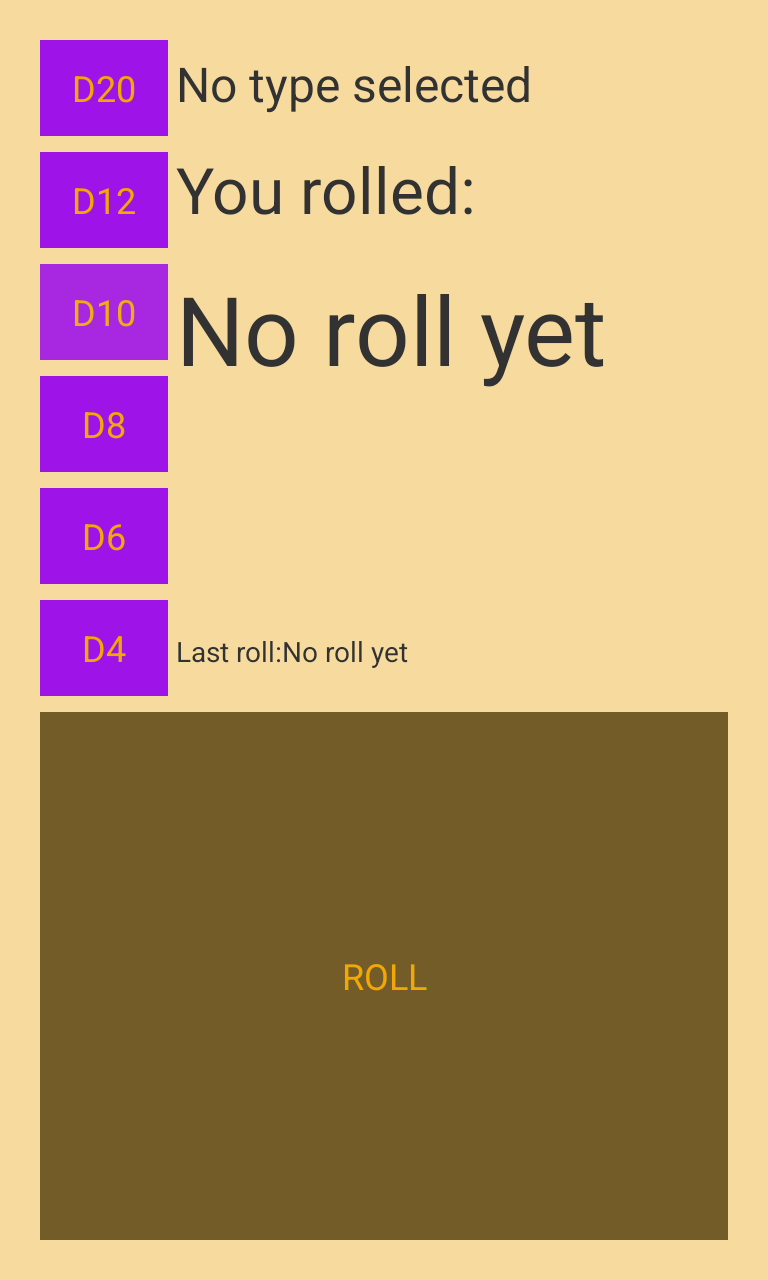
Repository: Bjodol/Roller
Layout: Roller3/res/layout/activity_main.xml
The author's editor kept a copy of each file at every save. The layout is drawn from the files as they stood at one save, then again after the next save.
It is drawn on a 768 x 1280 px phone screen (xhdpi) without system bars, with theme AppTheme; the app's code is not run. The app's manifest (not shown) leaves right-to-left support off. So textAlignment, textDirection and layoutDirection are ignored, and left and right values win over start and end ones.

Above is the layout before, as saved 2013-08-31 08:50:13.

### Roller3/res/layout/activity_main.xml
<RelativeLayout xmlns:android="http://schemas.android.com/apk/res/android"
    xmlns:tools="http://schemas.android.com/tools"
    android:layout_width="fill_parent"
    android:layout_height="fill_parent"
    android:background="@color/Beige"
    android:gravity="top"
    android:paddingBottom="@dimen/activity_vertical_margin"
    android:paddingLeft="@dimen/activity_horizontal_margin"
    android:paddingRight="@dimen/activity_horizontal_margin"
    android:paddingTop="@dimen/activity_vertical_margin"
    tools:context=".MainActivity" >

    <Button
        android:id="@+id/d12"
        android:layout_margin="4dp"
        android:background="@color/Purple"
        android:textColor="@color/Bronze"
        android:layout_width="wrap_content"
        android:layout_height="wrap_content"
        android:layout_below="@+id/d20"
        android:onClick="d12"
        android:text="@string/d12" />

    <TextView
        android:id="@+id/dice_type"
        android:layout_width="wrap_content"
        android:layout_height="wrap_content"
        android:layout_alignBaseline="@id/d20"
        android:layout_toRightOf="@id/d20"
        android:text="@string/noDiceType"
        android:textAlignment="center"
        android:textSize="24sp" />

    <TextView
        android:id="@+id/current_roll_text"
        android:layout_width="wrap_content"
        android:layout_height="wrap_content"
        android:layout_alignBaseline="@id/d12"
        android:layout_below="@id/dice_type"
        android:layout_toRightOf="@id/d12"
        android:text="@string/youRolled"
        android:textAlignment="center"
        android:textSize="32sp" />

    <TextView
        android:id="@+id/dice_throw"
        android:layout_width="wrap_content"
        android:layout_height="wrap_content"
        android:layout_alignBottom="@+id/d6"
        android:layout_alignTop="@+id/d10"
        android:layout_toRightOf="@id/d20"
        android:text="@string/noRolls"
        android:textAlignment="center"
        android:textSize="48sp" />

    <TextView
        android:id="@+id/last_roll_text"
        android:layout_width="wrap_content"
        android:layout_height="wrap_content"
        android:layout_alignBaseline="@+id/d4"
        android:layout_alignBottom="@+id/d4"
        android:layout_alignLeft="@+id/dice_throw"
        android:text="@string/lastRoll"
        android:textAlignment="center"
        android:textSize="14sp" />

    <TextView
        android:id="@+id/last_roll_value"
        android:layout_width="wrap_content"
        android:layout_height="wrap_content"
        android:layout_alignBaseline="@id/last_roll_text"
        android:layout_toRightOf="@id/last_roll_text"
        android:text="@string/noRolls"
        android:textAlignment="center"
        android:textSize="14sp" />

    <Button
        android:id="@+id/roll_button"
        android:background="@color/Brown"
        android:layout_margin="4dp"
        android:layout_width="fill_parent"
        android:layout_height="wrap_content"
        android:layout_below="@+id/d4"
        android:layout_alignParentBottom="true"
        android:onClick="roll"
        android:text="@string/roll"
        android:textColor="@color/Bronze" />

    <Button
        android:id="@+id/d10"
        android:layout_margin="4dp"
        android:alpha="0.9"
        android:background="@color/Purple"
        android:textColor="@color/Bronze"
        android:layout_width="wrap_content"
        android:layout_height="wrap_content"
        android:layout_below="@+id/d12"
        android:layout_toLeftOf="@+id/current_roll_text"
        android:onClick="d10"
        android:text="@string/d10" />

    <Button
        android:id="@+id/d8"
        android:layout_margin="4dp"
        android:background="@color/Purple"
        android:textColor="@color/Bronze"
        android:layout_width="wrap_content"
        android:layout_height="wrap_content"
        android:layout_below="@+id/d10"
        android:layout_toLeftOf="@+id/current_roll_text"
        android:onClick="d8"
        android:text="@string/d8" />

    <Button
        android:id="@+id/d6"
        android:layout_margin="4dp"
        android:background="@color/Purple"
        android:textColor="@color/Bronze"
        android:layout_width="wrap_content"
        android:layout_height="wrap_content"
        android:layout_below="@+id/d8"
        android:layout_toLeftOf="@+id/current_roll_text"
        android:onClick="d6"
        android:text="@string/d6" />

    <Button
        android:id="@+id/d4"
        android:layout_margin="4dp"
        android:background="@color/Purple"
        android:textColor="@color/Bronze"
        android:layout_width="wrap_content"
        android:layout_height="wrap_content"
        android:layout_below="@+id/d6"
        android:layout_toLeftOf="@+id/current_roll_text"
        android:onClick="d4"
        android:text="@string/d4" />

    <Button
        android:id="@+id/d20"
        android:layout_width="wrap_content"
        android:layout_height="wrap_content"
        android:layout_alignParentLeft="true"
        android:layout_alignParentTop="true"
        android:layout_margin="4dp"
        android:background="@color/Purple"
        android:onClick="d20"
        android:text="@string/d20"
        android:textColor="@color/Bronze" />

</RelativeLayout>

### Roller3/res/values/strings.xml
<?xml version="1.0" encoding="utf-8"?>
<resources>

    <string name="app_name">Roller</string>
    <string name="action_settings">Settings</string>
    <string name="d20">D20</string>
    <string name="d12">D12</string>
    <string name="d10">D10</string>
    <string name="d8">D8</string>
    <string name="d6">D6</string>
    <string name="d4">D4</string>
    <string name="roll">ROLL</string>
    <string name="youRolled">You rolled:</string>
    <string name="noRolls">No roll yet</string>
    <string name="lastRoll">Last roll:</string>
    <string name="noDiceType">No type selected</string>
    <color name="Purple">#9e14e8</color>
    <color name="Beige">#f7db9e</color>
    <color name="Bronze">#F0A804</color>
    <color name="Brown">#745c29</color>

</resources>

Loaded but not shown: Roller3/res/values/styles.xml (common file); Roller3/res/values-v11/styles.xml (common file); Roller3/res/values-v14/styles.xml (common file); Roller3/res/values/dimens.xml (common file)

After the next save:
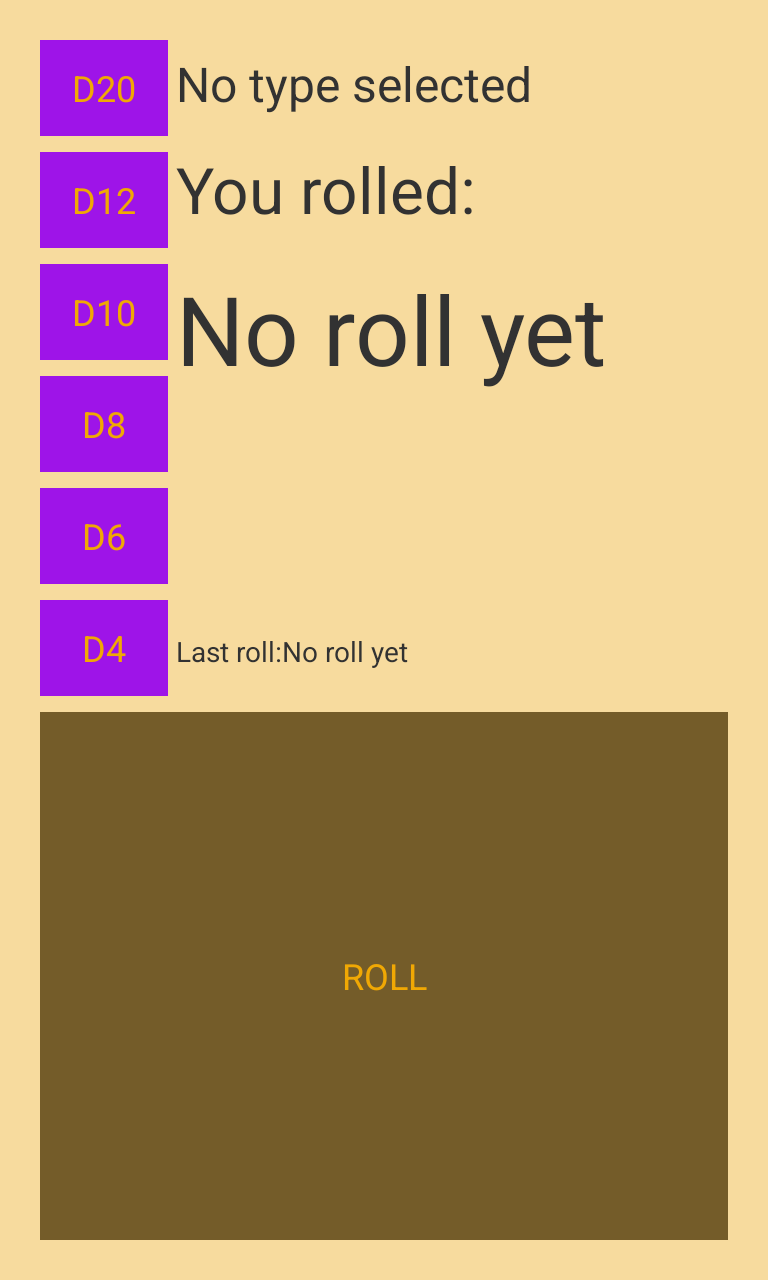
Saved 21 s later.
--- a/Roller3/res/layout/activity_main.xml
+++ b/Roller3/res/layout/activity_main.xml
@@ -89,7 +89,6 @@
     <Button
         android:id="@+id/d10"
         android:layout_margin="4dp"
-        android:alpha="0.9"
         android:background="@color/Purple"
         android:textColor="@color/Bronze"
         android:layout_width="wrap_content"
